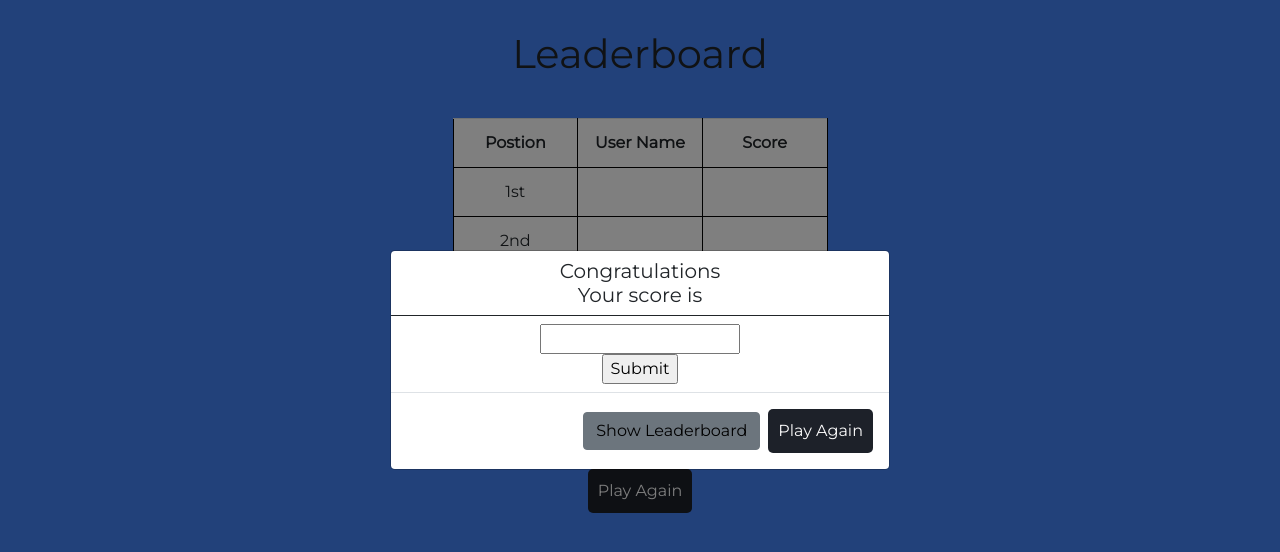
Repository: Code-Institute-Submissions/quiz-1
Page: leaderboard.html
The author's editor kept a record of every edit. The page is drawn from the files as they stood at one moment, then again after the next edit.
The browser window is 1280 px wide. The pictures show the window.
A layer covers the whole window, so only the first screen is drawn.

Above is the page before.
Console error: SyntaxError: Unexpected token ')'

### leaderboard.html
<!DOCTYPE html>
<html lang="en">

<head>
    <meta charset="UTF-8">
    <meta name="viewport" content="width=device-width, initial-scale=1.0">
    <meta http-equiv="X-UA-Compatible" content="ie=edge">
    <link rel="stylesheet" href="https://stackpath.bootstrapcdn.com/bootstrap/4.4.1/css/bootstrap.min.css" type="text/css" />
    <link rel="stylesheet" href="https://stackpath.bootstrapcdn.com/font-awesome/4.7.0/css/font-awesome.min.css" type="text/css" />
    <link href="https://fonts.googleapis.com/css2?family=Montserrat&display=swap" rel="stylesheet">
    <link rel="stylesheet" href="assets/css/style.css" type="text/css" />
    <script src="https://cdnjs.cloudflare.com/ajax/libs/jquery/3.5.0/jquery.min.js" integrity="sha256-xNzN2a4ltkB44Mc/Jz3pT4iU1cmeR0FkXs4pru/JxaQ=" crossorigin="anonymous"></script>
    <script type="text/javascript" src="assets/js/modal-score.js"></script>
    <script type="text/javascript" src="assets/js/leaderboard.js"></script>
    <title>Quiz</title>
</head>

<body onload="score();">
    <div class="container-fluid home">
        <div class="modal fade" id="exampleModalCenter" tabindex="-1" role="dialog" aria-labelledby="exampleModalCenterTitle" aria-hidden="true">
            <div class="modal-dialog modal-dialog-centered" role="document">
                <div class="modal-content">
                    <div class="modal-heading">
                        <h5>Congratulations<br>Your score is</h5>
                    </div>
                    <div class="modal-form">
                        <form>
                            <input type="text" name="username" id="username"/><br>
                            <input type="submit" id="username" />
                        </form>
                    </div>
                    <div class="modal-footer">
                        <button type="button" class="btn btn-secondary" data-dismiss="modal">Show Leaderboard</button>
                        <a href="load.html" class="load-button">Play Again</a>
                    </div>
                </div>
            </div>
        </div>
        <div class="table">
            <caption><h1 class="leaderboard-title">Leaderboard</h1></caption>
            <table>
                <tr>
                    <th>Postion</th>
                    <th>User Name</th>
                    <th>Score</th>
                </tr>
                <tr>
                    <td>1st</td>
                    <td id="username-1"></td>
                    <td id="score-1"></td>
                </tr>
                <tr>
                    <td>2nd</td>
                    <td id="username-2"></td>
                    <td id="score-2"></td>
                </tr>
                <tr>
                    <td>3rd</td>
                    <td id="username-3"></td>
                    <td id="score-3"></td>
                </tr>
                <tr>
                    <td>4th</td>
                    <td id="username-4"></td>
                    <td id="score-4"></td>
                </tr>
                <tr>
                    <td>5th</td>
                    <td id="username-5"></td>
                    <td id="score-5"></td>
                </tr>
            </table>
        </div>
        <div class="score-message">

        </div>
        <div class="container-fluid load">
            <a href="load.html" class="load-button">Play Again</a>
        </div>
    </div>
    <footer class="container-fluid">
        <div id="footer-details" class="row">
            <div class="col-sm">
                <h4 class="uppercase footer-info">Social Links</h4>
                <ul class="list-inline social-links">
                    <li class="list-inline-item">
                        <a target="_blank" href="#">
                            <i class="fa fa-facebook fa-3x" aria-hidden="true"></i>
                            <span class="sr-only">Facebook</span>
                        </a>
                    </li>
                    <li class="list-inline-item">
                        <a target="_blank" href="#">
                            <i class="fa fa-twitter fa-3x" aria-hidden="true"></i>
                            <span class="sr-only">Twitter</span>
                        </a>
                    </li>
                    <li class="list-inline-item">
                        <a target="_blank" href="#">
                            <i class="fa fa-linkedin fa-3x" aria-hidden="true"></i>
                            <span class="sr-only">LinkedIn</span>
                        </a>
                    </li>
                    <li class="list-inline-item">
                        <a target="_blank" href="#">
                            <i class="fa fa-pinterest fa-3x" aria-hidden="true"></i>
                            <span class="sr-only">pinterest</span>
                        </a>
                    </li>
                    <li class="list-inline-item">
                        <a target="_blank" href="#">
                            <i class="fa fa-instagram fa-3x" aria-hidden="true"></i>
                            <span class="sr-only">Instagram</span>
                        </a>
                    </li>
                    <li class="list-inline-item">
                        <a target="_blank" href="#">
                            <i class="fa fa-youtube fa-3x" aria-hidden="true"></i>
                            <span class="sr-only">Youtube</span>
                        </a>
                    </li>
                </ul>
                <div class="copyright">
                    <p>Copyright &#169; Quiz<br>Website by Joseph Kelly</p>
                </div>
            </div>
        </div>
    </footer>
    <script src="https://code.jquery.com/jquery-3.3.1.slim.min.js" integrity="sha384-q8i/X+965DzO0rT7abK41JStQIAqVgRVzpbzo5smXKp4YfRvH+8abtTE1Pi6jizo" crossorigin="anonymous"></script>
    <script src="https://cdnjs.cloudflare.com/ajax/libs/popper.js/1.14.7/umd/popper.min.js" integrity="sha384-UO2eT0CpHqdSJQ6hJty5KVphtPhzWj9WO1clHTMGa3JDZwrnQq4sF86dIHNDz0W1" crossorigin="anonymous"></script>
    <script src="https://stackpath.bootstrapcdn.com/bootstrap/4.3.1/js/bootstrap.min.js" integrity="sha384-JjSmVgyd0p3pXB1rRibZUAYoIIy6OrQ6VrjIEaFf/nJGzIxFDsf4x0xIM+B07jRM" crossorigin="anonymous"></script>
</body>

</html>

### assets/css/style.css
body {
  font-family: 'Montserrat', sans-serif;
}



/*--------------------------- home --------------- */

.home {
  background-color: #4582F4;
  height: 765px;
}

.info {
  font-family: 'Montserrat', sans-serif;
  text-align: center;
  padding-top: 40px;
  width: 50%;
  margin: auto;
}

.load {
  display: flex;
  justify-content: center;
  align-items: center;
  padding-top: 40px;
  padding-bottom: 40px;
}

.load-button {
  background-color: #1D2129;
  webkit-appearance: button;
  -moz-appearance: button;
  appearance: button;

  text-decoration: none;
  color: #fafafa;
  padding: 10px;
  border-radius: 5px;
}

/*--------------------------- animation --------------- */

.quiz-time {
  text-align: center;
  padding-top: 100px;
  width: 100vw;
  font-family: 'Montserrat', sans-serif;
  display: flex;
  justify-content: center;
  align-items: center;
  margin: -20px;
}

h1 span {
  position: relative;
  top: 20px;
  display: inline-block;
  -webkit-animation: bounce 0.3s ease infinite alternate;
  font-size: 100px;
  color: #fff;
  text-shadow: 0 1px 0 #ccc, 0 2px 0 #ccc, 0 3px 0 #ccc, 0 4px 0 #ccc,
  0 5px 0 #ccc, 0 6px 0 transparent, 0 7px 0 transparent, 0 8px 0 transparent,
  0 9px 0 transparent, 0 10px 10px rgba(0, 0, 0, 0.4);
}

h1 span:nth-child(2) {
  -webkit-animation-delay: 0.1s;
}

h1 span:nth-child(3) {
  -webkit-animation-delay: 0.2s;
}

h1 span:nth-child(4) {
  -webkit-animation-delay: 0.3s;
}

h1 span:nth-child(5) {
  -webkit-animation-delay: 0.4s;
}

h1 span:nth-child(6) {
  -webkit-animation-delay: 0.5s;
}

h1 span:nth-child(7) {
  -webkit-animation-delay: 0.6s;
}

h1 span:nth-child(8) {
  -webkit-animation-delay: 0.2s;
}

h1 span:nth-child(9) {
  -webkit-animation-delay: 0.3s;
}

h1 span:nth-child(10) {
  -webkit-animation-delay: 0.4s;
}

h1 span:nth-child(11) {
  -webkit-animation-delay: 0.5s;
}

h1 span:nth-child(12) {
  -webkit-animation-delay: 0.6s;
}

h1 span:nth-child(13) {
  -webkit-animation-delay: 0.7s;
}

h1 span:nth-child(14) {
  -webkit-animation-delay: 0.8s;
}

/* ANIMATION */

@-webkit-keyframes bounce {
  100% {
    top: -20px;
    text-shadow: 0 1px 0 #ccc, 0 2px 0 #ccc, 0 3px 0 #ccc, 0 4px 0 #ccc,
    0 5px 0 #ccc, 0 6px 0 #ccc, 0 7px 0 #ccc, 0 8px 0 #ccc, 0 9px 0 #ccc,
    0 50px 25px rgba(0, 0, 0, 0.2);
  }
}

/*--------------------------- footer --------------- */

footer {
  color: #fafafa;
  padding-top: 25px;
  background-color: #B2B5B9;
  display: inline-block;
}

.footer-info {
  font-weight: bold;
  text-align: center;
  color: #000000;
}

.list-inline-item {
  margin-left: 10px;
  margin-right: 10px;
}

.uppercase {
  text-transform: uppercase;
}

.social-links {
  text-align: center;
  color: #000000;
}

.copyright {
  text-align: center;
  color: #000000;
}

/*--------------------------- Quiz Loading --------------- */

.select-amount {
  width: 30%;
  margin-top: 200px;
  margin-bottom: 20px;
  margin-right: 35%;
  margin-left: 35%;
}

.select-category {
  width: 30%;
  margin-top: 20px;
  margin-bottom: 20px;
  margin-right: 35%;
  margin-left: 35%;
}

.select-difficulty {
  width: 30%;
  margin-top: 20px;
  margin-bottom: 20px;
  margin-right: 35%;
  margin-left: 35%;
}

.select-type {
  width: 30%;
  margin-top: 20px;
  margin-bottom: 40px;
  margin-right: 35%;
  margin-left: 35%;
}

/*--------------------------- timer --------------- */

.countdown {
  margin: 0 auto;
  max-width: 350px;
  background: #ff0000;
  font-family: Impact, Charcoal, sans-serif;
  text-align: center;
}

.countdown .header {
  color: #c61d1d;
  text-align: center;
  font-weight: normal;
  margin: 5px 0 10px 0;
}

.countdown .square {
  display: inline-block;
  padding: 10px;
  margin: 5px;
}

.countdown .digits {
  font-size: 24px;
  background: #fff;
  color: #000;
  padding: 20px 10px;
  border-radius: 5px;
}

.countdown .text {
  margin-top: 10px;
  color: #ddd;
}

/*--------------------------- quiz page --------------- */

.btn {
  color: #000000;
}

.mute-button {
  margin-top: 20px;
  float: right;
}

.countdown-quiz {
  margin: 0 auto;
  max-width: 350px;
  background: #ff0000;
  font-family: Impact, Charcoal, sans-serif;
  text-align: center;
  clear: both;
}

.countdown-quiz .header {
  color: #c61d1d;
  text-align: center;
  font-weight: normal;
  margin: 5px 0 10px 0;
}

.countdown-quiz .square {
  display: inline-block;
  padding: 10px;
  margin: 5px;
}

.countdown-quiz .digits {
  font-size: 24px;
  background: #fff;
  color: #000;
  padding: 20px 10px;
  border-radius: 5px;
}

.countdown-quiz .text {
  margin-top: 10px;
  color: #ddd;
}

.carousel-item{
    height: 400px;
}

#question-1,
#question-2,
#question-3,
#question-4,
#question-5,
#question-6,
#question-7,
#question-8,
#question-9,
#question-10,
#question-11,
#question-12,
#question-13,
#question-14,
#question-15,
#question-16,
#question-17,
#question-18,
#question-19,
#question-20 {
  padding-top: 20px;
  text-align: center;
}

#answers-1,
#answers-2,
#answers-3,
#answers-4,
#answers-5,
#answers-6,
#answers-7,
#answers-8,
#answers-9,
#answers-10,
#answers-11,
#answers-12,
#answers-13,
#answers-14,
#answers-15,
#answers-16,
#answers-17,
#answers-18,
#answers-19,
#answers-20 {
  padding-top: 20px;
  text-align: center;
  margin: auto;
  width: 70%;
}



/*--------------------------- Leaderboard page --------------- */

.leaderboard-title {
  text-align: center;
  width: 30%;
  margin-left: auto;
  margin-right: auto;
  padding-top: 30px;
}

.modal-title {
  text-align: center;
}

table {
  margin-top: 40px;
  margin-left: auto;
  margin-right: auto;
}

table,
th,
td {
  border: solid 1px black;
  background-color: white;
  text-align: center;
  width: 30%;
}

.modal-heading {
  text-align: center;
  margin-top: 8px;
  border-bottom: solid 1px;
}

.modal-form {
  text-align: center;
  margin-top: 8px;
  margin-bottom: 8px;

}

#scorePercent {
  text-align: center;
  margin-top: 8px;
}

#footer-btns {
  text-align: center;
  margin-bottom: 10px;
}

### assets/js/modal-score.js
 $(window).on('load',function(){
        $('#exampleModalCenter').modal('show');
    });

    // displays modal on page load

### assets/js/leaderboard.js
function score() {
    var score = localStorage.getItem('score');
    var amount = sessionStorage.getItem('amount');

    console.log(score);
    console.log(amount);

    var scorePercent = (score/amount)*100;
    console.log(scorePercent);

    document.getElementById("scorePercent").innerHTML = scorePercent +"%";

    if (score < )
}

After the next edit:
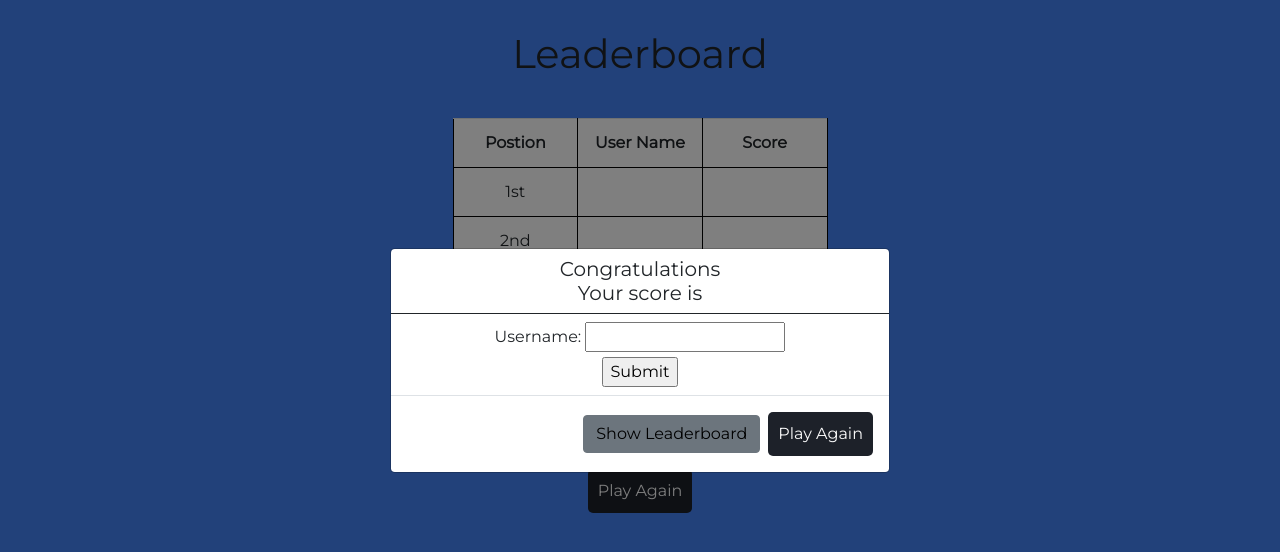
The edit:
--- a/leaderboard.html
+++ b/leaderboard.html
@@ -25,8 +25,9 @@
                     </div>
                     <div class="modal-form">
                         <form>
+                            <label for="username">Username:</label>
                             <input type="text" name="username" id="username"/><br>
-                            <input type="submit" id="username" />
+                            <input type="submit" name="username" id="username" />
                         </form>
                     </div>
                     <div class="modal-footer">
